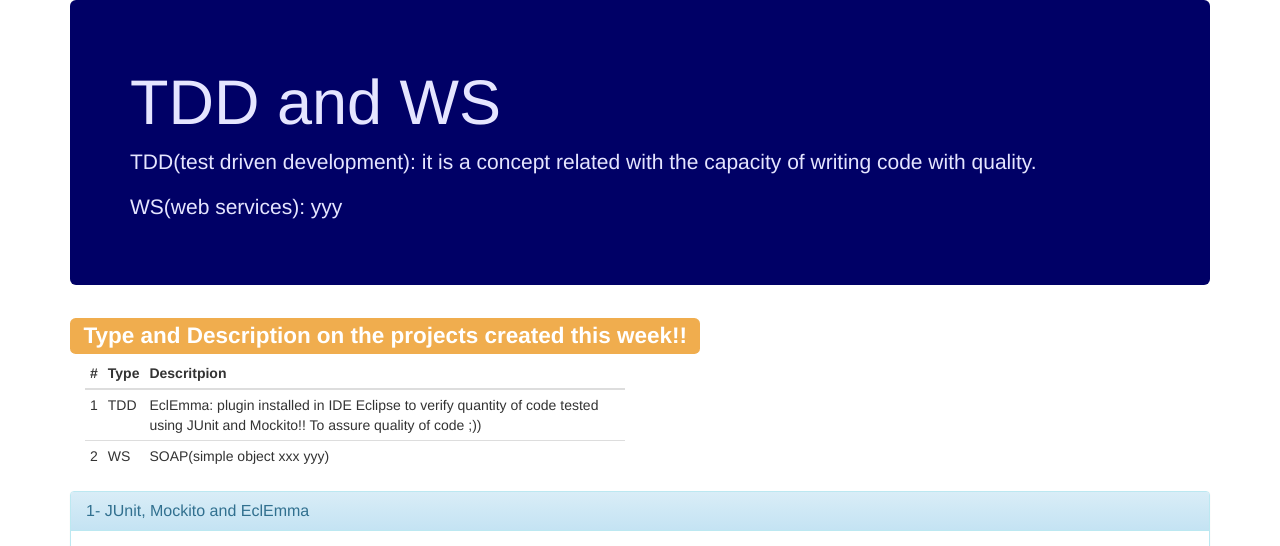
Repository: atafs/Deploy_GoogleAppEngine_webAPPS
Page: Project_001_Deploy_americotomasLIB/war/index.html
The author's editor kept a copy of each file at every save. The page is drawn from the files as they stood at one save, then again after the next save.
The browser window is 1280 px wide. The pictures show the part of the page from y = 0 to 546 px (the page is 1438 px tall before and 1468 px after).
Pictures or frames that could not be fetched are drawn as grey boxes.

Above is the page before, as saved 2016-01-28 10:49:33.
Console error (its wording comes from the project's code and is left out).

After the next save:
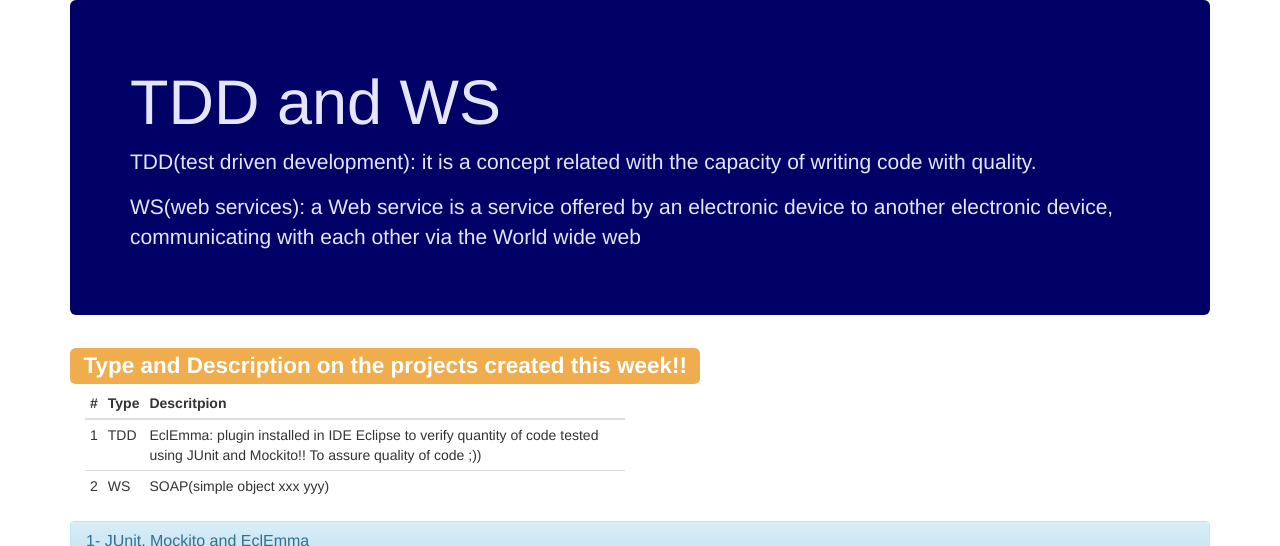
Saved 81 s later.
--- a/Project_001_Deploy_americotomasLIB/war/index.html
+++ b/Project_001_Deploy_americotomasLIB/war/index.html
@@ -19,7 +19,7 @@
 			class="jumbotron">
 			<h1>TDD and WS</h1>
 			<p>TDD(test driven development): it is a concept related with the capacity of writing code with quality.</p>
-			<p>WS(web services): yyy</p>
+			<p>WS(web services): a Web service is a service offered by an electronic device to another electronic device, communicating with each other via the World wide web</p>
 		</div>
 		<h2>
 			<span class="label label-warning">Type and Description on the
